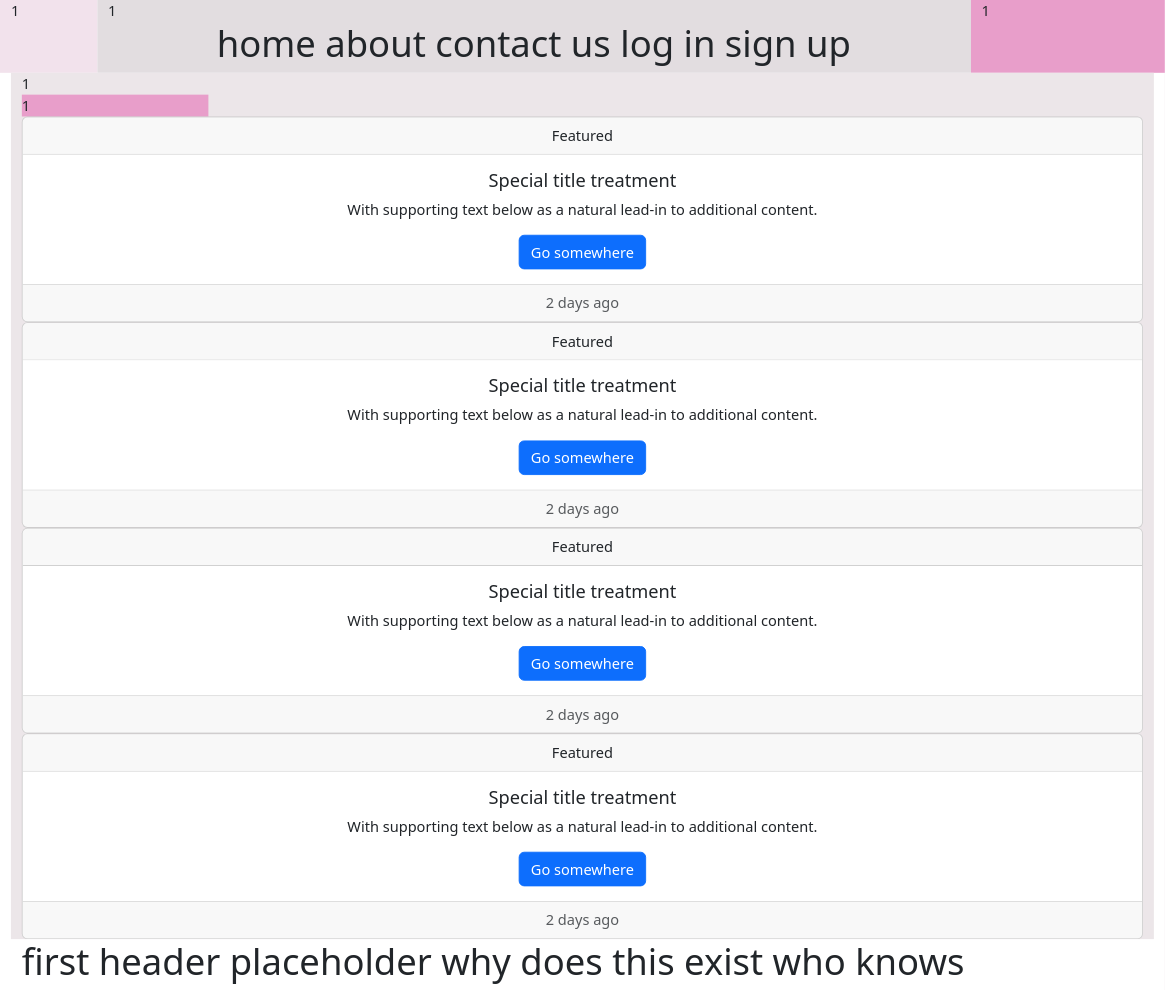
Repository: Treestr/classroom-assistant
Page: templates/homepage.html
The author's editor kept a copy of each file at every save. The page is drawn from the files as they stood at one save, then again after the next save.
The browser window is 1280 px wide. The pictures show the whole page, at 91% of full size.
The template is drawn by Flask 3. The application's start-up code is not run. Other server files are loaded and not shown. The template is opened directly, without the code that normally fills it, so the values that code supplies are empty.

Above is the page before, as saved 2024-04-21 22:04:39.

### templates/homepage.html
<!DOCTYPE html>
<html lang="en">
  <head>
    <meta charset="utf-8" />
    <meta name="viewport" content="width=device-width, initial-scale=1" />
    <title>Bootstrap demo</title>
    <link
      href="https://cdn.jsdelivr.net/npm/bootstrap@5.3.3/dist/css/bootstrap.min.css"
      rel="stylesheet"
      integrity="sha384-QWTKZyjpPEjISv5WaRU9OFeRpok6YctnYmDr5pNlyT2bRjXh0JMhjY6hW+ALEwIH"
      crossorigin="anonymous"
    />
  </head>
  <body>
    <div class="container-fluid">
      <div class="row">
        <div class="col-1" style="background-color: rgb(242, 226, 236)">1</div>
          <div class="col-9" style="background-color: rgb(226, 221, 224)">1
          <h1><center>home about contact us log in sign up </center></h1>
        </div>


           <div class="col-2" style="background-color: rgb(232, 158, 202)">1</div>
      </div>

      <div class="container-fluid">
    <div class="row">
        <div class="col-12" style="background-color: rgb(236, 230, 233)">1
            <div class="col-2" style="background-color: rgb(232, 158, 202)">1</div>





<div class="card text-center">
  <div class="card-header">
    Featured
  </div>
  <div class="card-body">
    <h5 class="card-title">Special title treatment</h5>
    <p class="card-text">With supporting text below as a natural lead-in to additional content.</p>
    <a href="#" class="btn btn-primary">Go somewhere</a>
  </div>
  <div class="card-footer text-body-secondary">
    2 days ago
  </div>
</div>

<div class="card text-center">
  <div class="card-header">
    Featured
  </div>
  <div class="card-body">
    <h5 class="card-title">Special title treatment</h5>
    <p class="card-text">With supporting text below as a natural lead-in to additional content.</p>
    <a href="#" class="btn btn-primary">Go somewhere</a>
  </div>
  <div class="card-footer text-body-secondary">
    2 days ago
  </div>
</div>

<div class="card text-center">
  <div class="card-header">
    Featured
  </div>
  <div class="card-body">
    <h5 class="card-title">Special title treatment</h5>
    <p class="card-text">With supporting text below as a natural lead-in to additional content.</p>
    <a href="#" class="btn btn-primary">Go somewhere</a>
  </div>
  <div class="card-footer text-body-secondary">
    2 days ago
  </div>
</div>
<div class="card text-center">
  <div class="card-header">
    Featured
  </div>
  <div class="card-body">
    <h5 class="card-title">Special title treatment</h5>
    <p class="card-text">With supporting text below as a natural lead-in to additional content.</p>
    <a href="#" class="btn btn-primary">Go somewhere</a>
  </div>
  <div class="card-footer text-body-secondary">
    2 days ago
  </div>
</div>





        </div>

    </div>
    <h1>first header placeholder why does this exist who knows</h1>
    <script
      src="https://cdn.jsdelivr.net/npm/bootstrap@5.3.3/dist/js/bootstrap.bundle.min.js"
      integrity="sha384-YvpcrYf0tY3lHB60NNkmXc5s9fDVZLESaAA55NDzOxhy9GkcIdslK1eN7N6jIeHz"
      crossorigin="anonymous"
    ></script>
    <script
      src="https://cdn.jsdelivr.net/npm/@popperjs/core@2.11.8/dist/umd/popper.min.js"
      integrity="sha384-I7E8VVD/ismYTF4hNIPjVp/Zjvgyol6VFvRkX/vR+Vc4jQkC+hVqc2pM8ODewa9r"
      crossorigin="anonymous"
    ></script>
    <script
      src="https://cdn.jsdelivr.net/npm/bootstrap@5.3.3/dist/js/bootstrap.min.js"
      integrity="sha384-0pUGZvbkm6XF6gxjEnlmuGrJXVbNuzT9qBBavbLwCsOGabYfZo0T0to5eqruptLy"
      crossorigin="anonymous"
    ></script>
  </body>
</html>

After the next save:
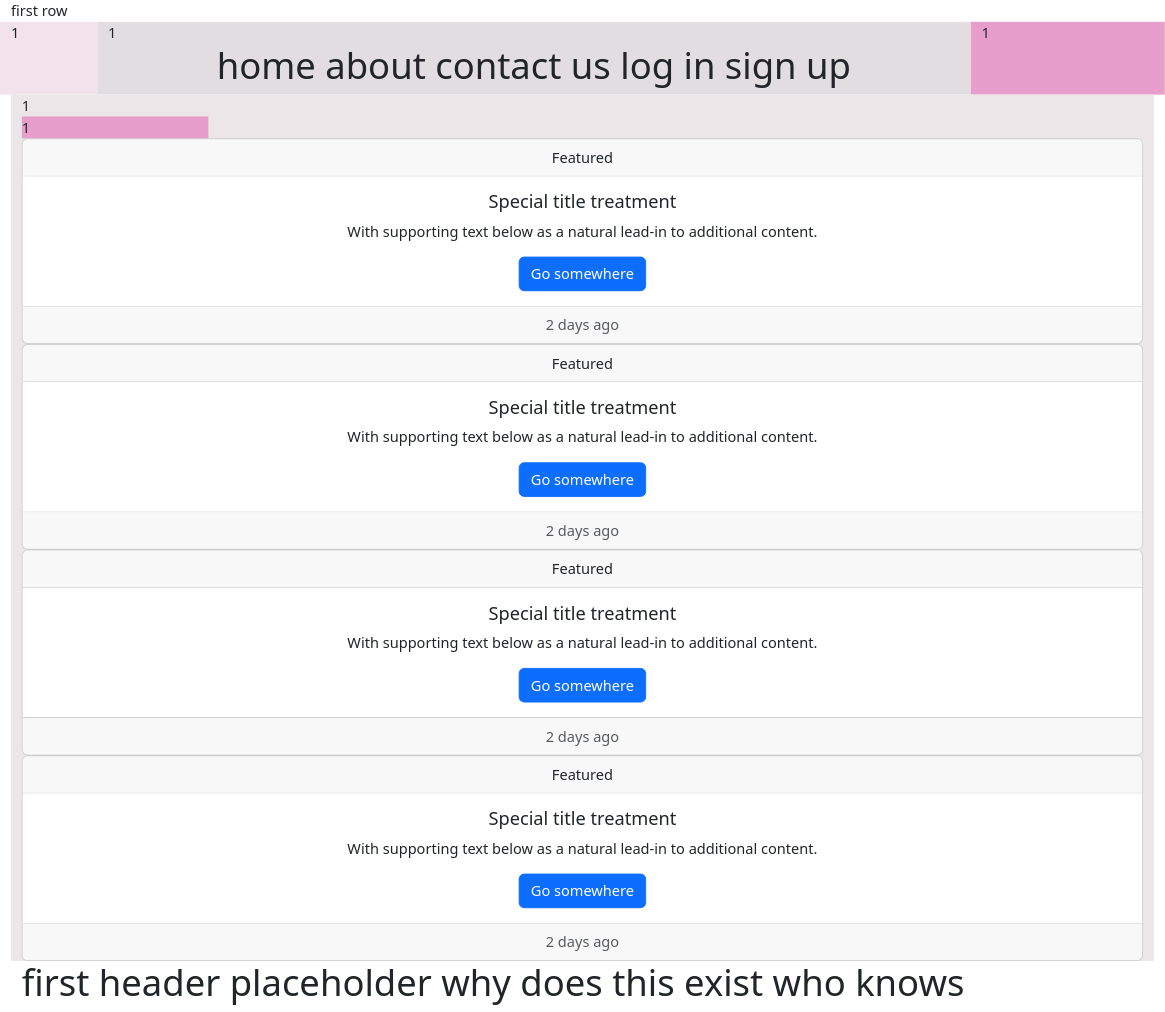
Saved 6 s later.
--- a/templates/homepage.html
+++ b/templates/homepage.html
@@ -13,6 +13,7 @@
   </head>
   <body>
     <div class="container-fluid">
+        first row
       <div class="row">
         <div class="col-1" style="background-color: rgb(242, 226, 236)">1</div>
           <div class="col-9" style="background-color: rgb(226, 221, 224)">1

After the save that followed:
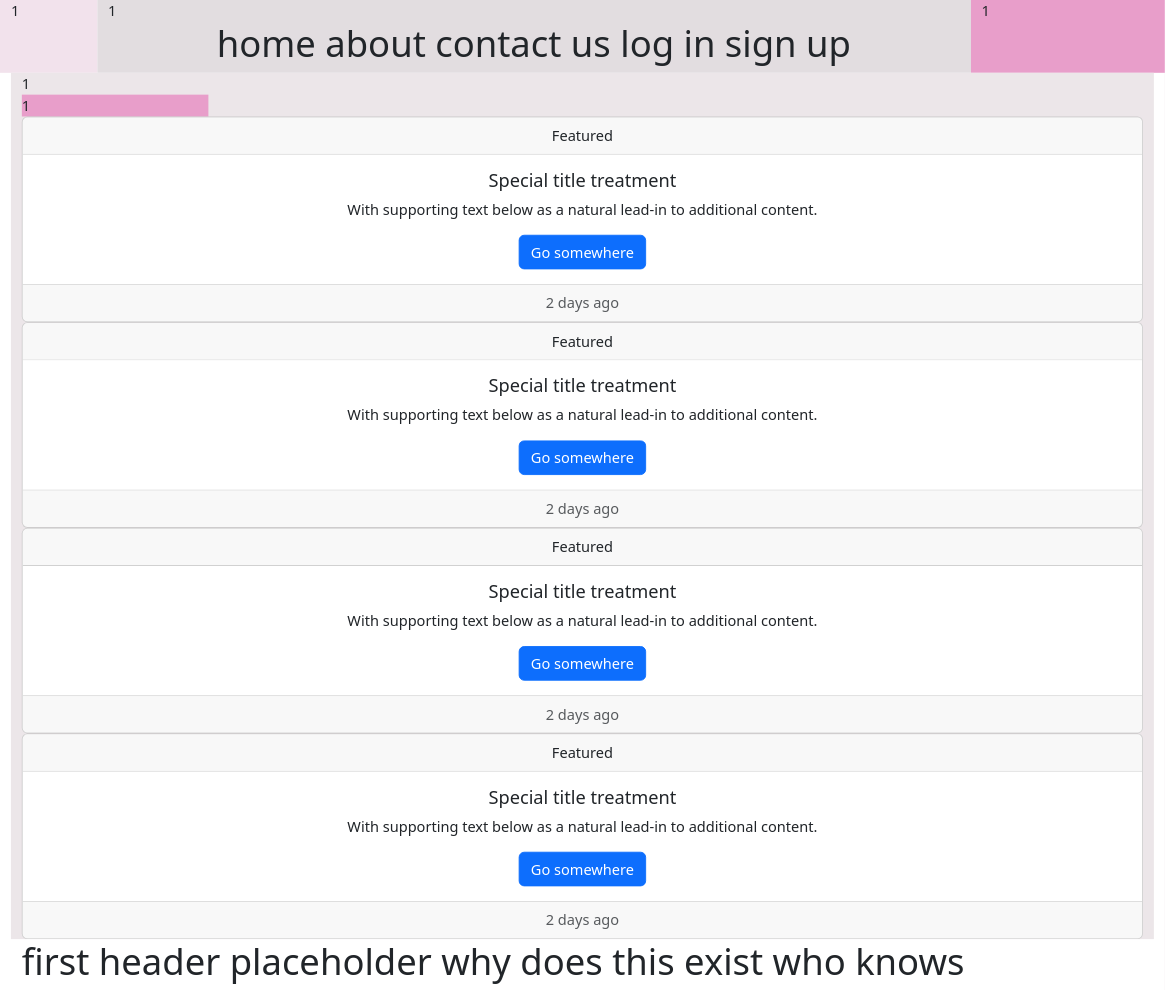
Saved 4 s later.
--- a/templates/homepage.html
+++ b/templates/homepage.html
@@ -13,7 +13,7 @@
   </head>
   <body>
     <div class="container-fluid">
-        first row
+        <!-- first row -->
       <div class="row">
         <div class="col-1" style="background-color: rgb(242, 226, 236)">1</div>
           <div class="col-9" style="background-color: rgb(226, 221, 224)">1
